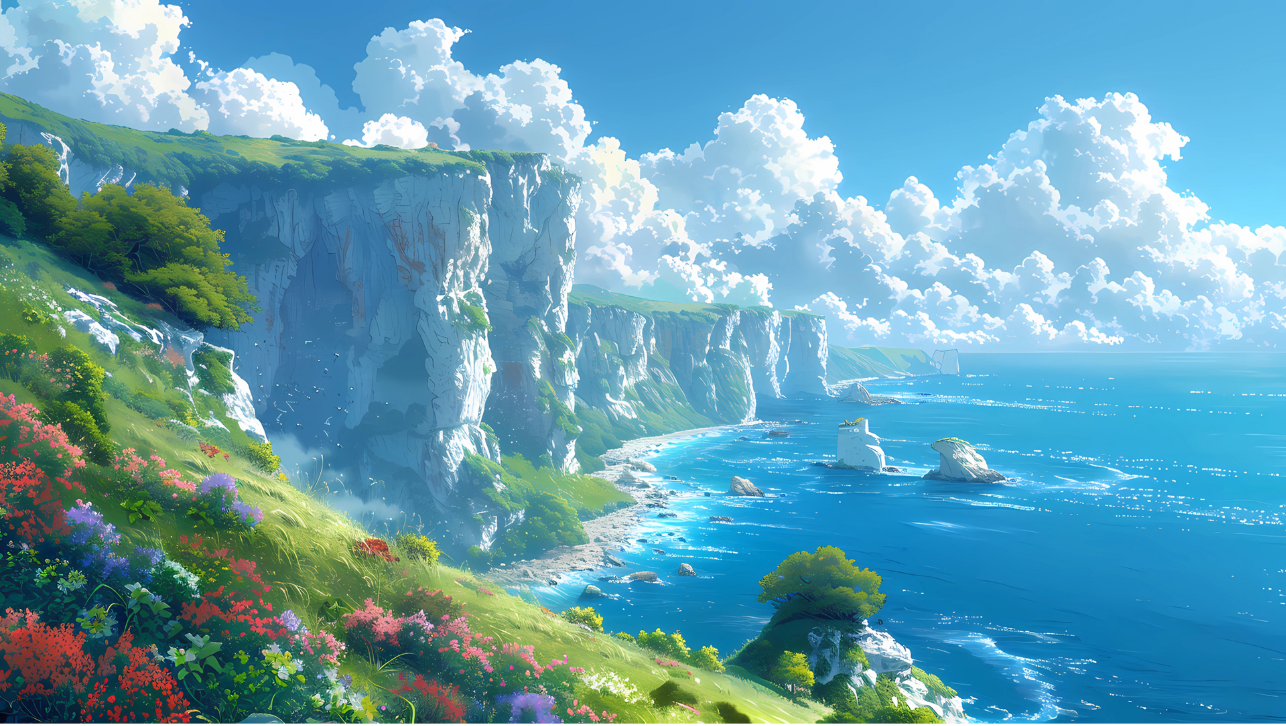
Repository: taoxiaofeng/hello-javascript
Page: master-class/position.html
The author's editor kept a copy of each file at every save. The page is drawn from the files as they stood at one save, then again after the next save.
The browser window is 1280 px wide. The page is 1920 px wide, so the pictures cover 1920 px, including what lies to the right of the window. The pictures show the whole page, at 67% of full size.

Above is the page before, as saved 2024-07-29 21:08:51.

After the next save:
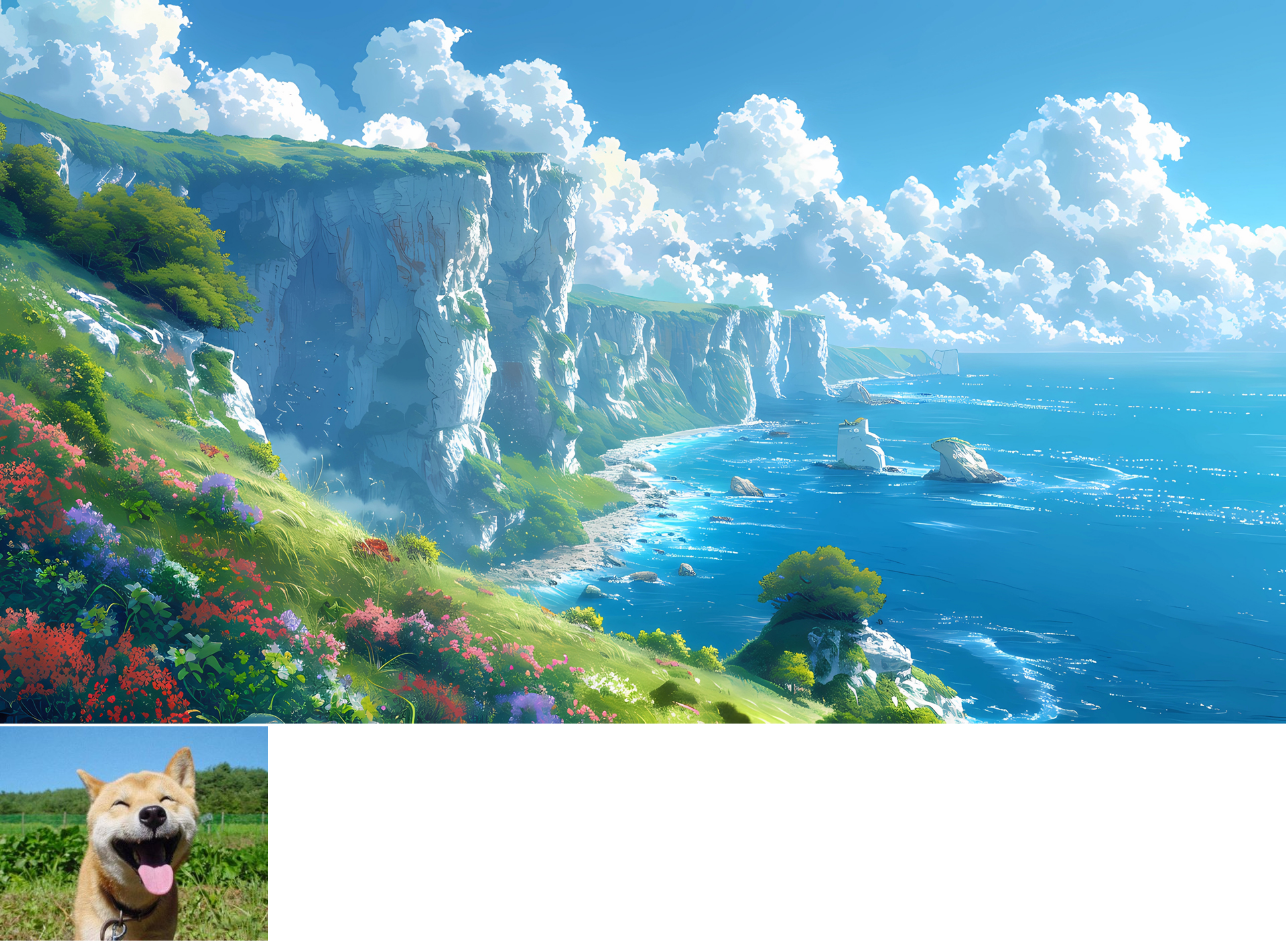
Saved 4 min 8 s later.
--- a/master-class/position.html
+++ b/master-class/position.html
@@ -12,23 +12,8 @@
       box-sizing: border-box;
     }
 
-    .box {
-      width: 500px;
-      height: 500px;
-      background-color: red;
-      /* position: relative;
-      top: 100px;
-      left: 100px; */
-    }
+    img {
 
-    .item {
-      width: 100px;
-      height: 100px;
-      background-color: blue;
-      margin: auto;
-      /* position: absolute;
-      top: 100px;
-      left: 100px; */
     }
   </style>
 </head>
@@ -36,6 +21,7 @@
 <body>
 
   <img src="./images/bg.jpg" alt="">
+  <img src="./images/dog.jpg" alt="">
 </body>
 
 </html>
